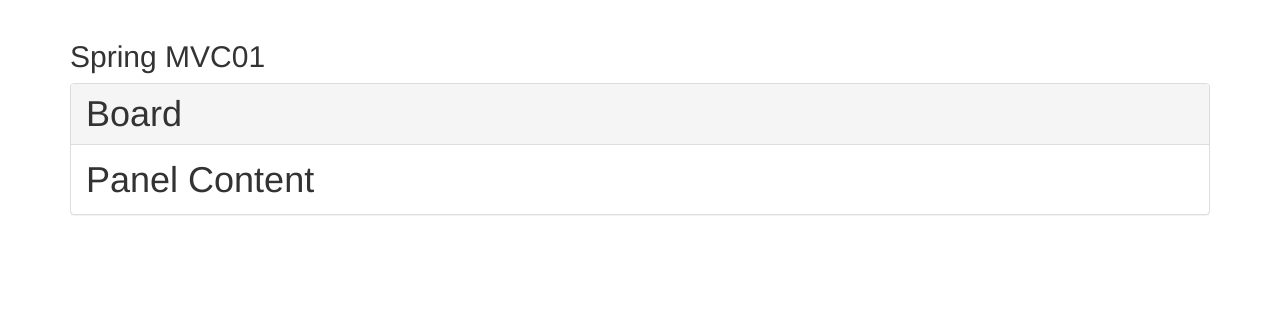
Repository: Hyerim-Ryu/Spring-
Page: http://localhost/SpringMVC01/boardList.do
An editor plug-in stored every save of this project. The page is shown before and after the next save, followed by the edit.
The browser window is 1280 px wide. The pictures show the whole page.
The page is served by Tomcat 9.

Above is the page before, as saved 2023-09-05 01:46:42.

After the next save:
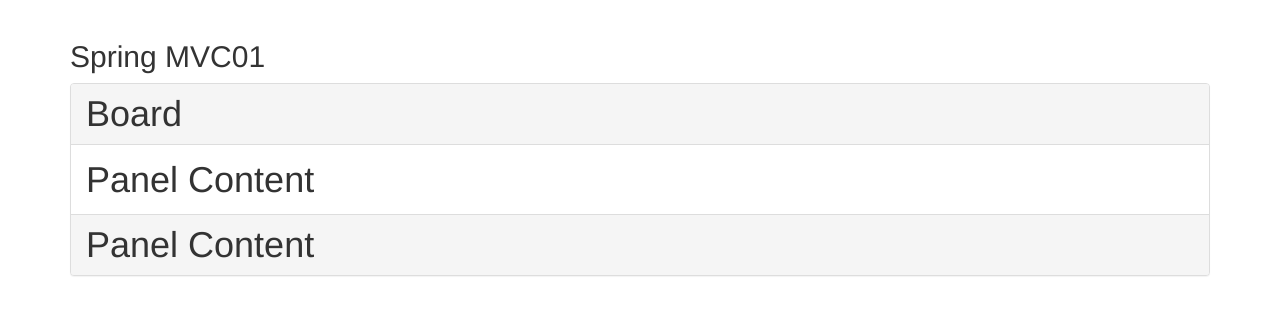
Saved 28 s later.
--- a/workspace.edu/SpringMVC01/src/main/webapp/WEB-INF/views/boardList.jsp
+++ b/workspace.edu/SpringMVC01/src/main/webapp/WEB-INF/views/boardList.jsp
@@ -17,6 +17,7 @@
 			  <div class="panel panel-default">
 			    <div class="panel-heading">Board</div>
 			    <div class="panel-body">Panel Content</div>
+			    <div class="panel-footer">Panel Content</div>
 		  </div>
 		</div>
 	</h1>
